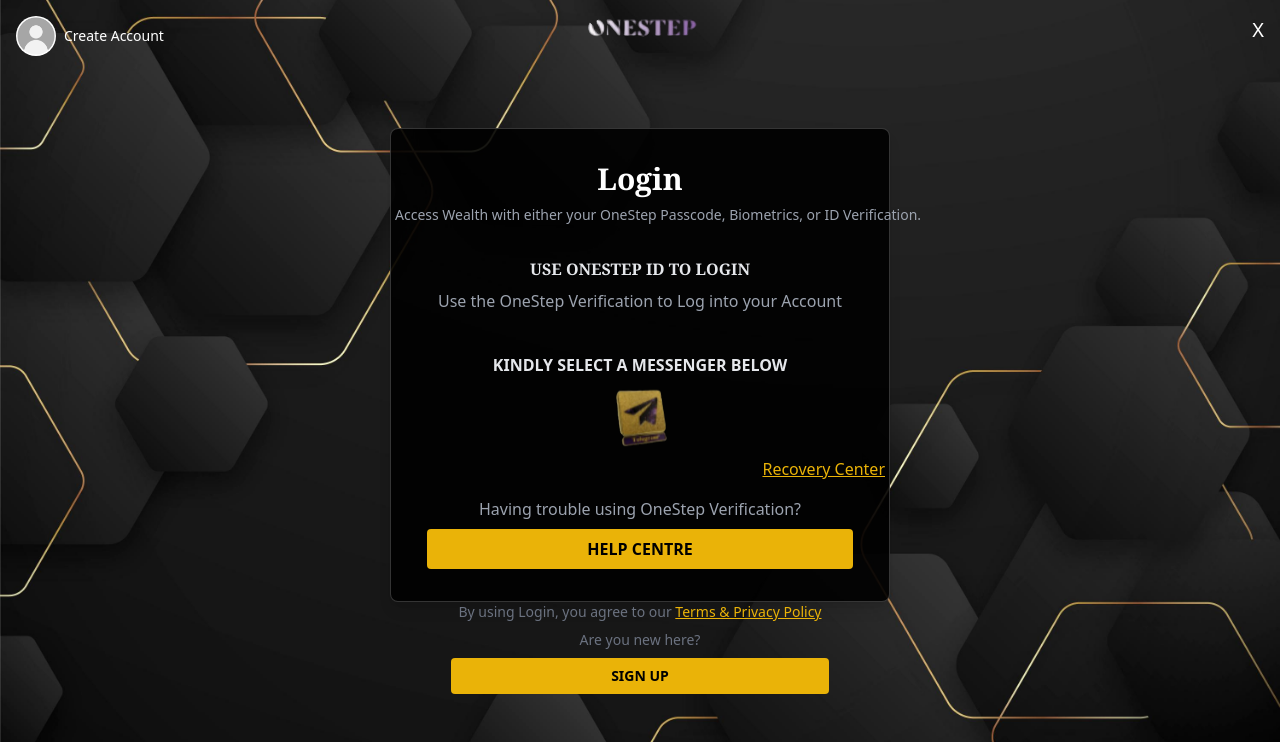
Repository: gloriousnetworker/onestep-authentication-system
Page: /
These files come from the project's save history. The page is drawn as it stood at one moment and after the next save; the edit follows.
The browser window is 1280 px wide. The pictures show the whole page.
The project was rebuilt for these pictures with package versions that can differ from the ones it lists, and the page was loaded fresh each time. Also part of the build but not shown: vite.config.js, src/pages/GrantAccess.jsx, src/pages/OTPVerificationPage.jsx, src/pages/AccountCreationPage.jsx, src/pages/PasswordPage.jsx, src/pages/BiometricsPage.jsx, src/pages/KYCPage.jsx, src/pages/DashboardPage.jsx.

Above is the page before, as saved 2025-01-16 02:34:05.

### src/App.jsx
import { BrowserRouter as Router, Routes, Route } from 'react-router-dom';
import LoginPage from './pages/LoginPage';
import GrantAccess from './pages/GrantAccess';
import OTPVerificationPage from './pages/OTPVerificationPage';
import AccountCreationPage from './pages/AccountCreationPage';
import PasswordPage from './pages/PasswordPage';
import BiometricsPage from './pages/BiometricsPage';
import KYCPage from './pages/KYCPage';
import DashboardPage from './pages/DashboardPage';

function App() {
  return (
    <Router>
      <Routes>
        <Route path="/" element={<LoginPage />} />
        <Route path="/grant-access" element={<GrantAccess />} />
        <Route path="/otp-verification" element={<OTPVerificationPage />} />
        <Route path="/account-creation" element={<AccountCreationPage />} />
        <Route path="/password" element={<PasswordPage />} />
        <Route path="/biometrics" element={<BiometricsPage />} />
        <Route path="/kyc" element={<KYCPage />} />
        <Route path="/dashboard" element={<DashboardPage />} />
      </Routes>
    </Router>
  );
}

export default App;

### src/pages/LoginPage.jsx
import React from "react";
import { useNavigate } from "react-router-dom";

const LoginPage = () => {
  const navigate = useNavigate();

  const generateOTP = () => {
    // Generate a 6-digit OTP
    const otp = Math.floor(100000 + Math.random() * 900000).toString();
    console.log("Generated OTP:", otp); // Log OTP to console
    localStorage.setItem("otp", otp); // Store OTP in local storage
    navigate("/grant-access"); // Navigate to the Grant Access page
  };

  return (
    <div className="relative bg-cover bg-center min-h-screen flex flex-col justify-between" style={{ backgroundImage: "url('/background.jpg')" }}>

      {/* Top Left: Create Account */}
      <div className="absolute top-4 left-4 flex items-center gap-2">
        <img src="/avatar.avif" alt="Profile" className="w-10 h-10 rounded-full object-cover" />
        <span className="text-white text-sm cursor-pointer">Create Account</span>
      </div>

      {/* Top Middle: Logo */}
      <div className="absolute top-4 left-1/2 transform -translate-x-1/2">
        <img src="/onestep.png" alt="Logo" className="w-25 h-6" />
      </div>

      {/* Top Right: Close Button */}
      <div className="absolute top-4 right-4 text-white cursor-pointer text-xl hover:text-gray-400">
        X
      </div>

      {/* Center Login Card */}
      <div className="bg-black bg-opacity-90 border border-white border-opacity-20 rounded-lg shadow-lg w-[95%] max-w-[500px] h-auto lg:h-[calc(95%+20px)] flex flex-col justify-between mt-32 mx-auto px-1 py-4">
        {/* Login Card Contents */}
        <h1 className="text-white text-3xl font-bold mb-2 mt-4 text-center font-serif">Login</h1>

        <p className="text-gray-400 text-sm mb-2 text-center whitespace-nowrap">
          Access Wealth with either your OneStep Passcode, Biometrics, or ID Verification.
        </p>

        <div className="text-center text-gray-200 font-semibold mb-2 mt-6 font-serif">
          USE ONESTEP ID TO LOGIN
        </div>

        <p className="text-center text-gray-400 mb-4">Use the OneStep Verification to Log into your Account</p>

        {/* Select Messenger Section */}
        <div className="flex flex-col justify-center items-center mb-4 mt-6 cursor-pointer">
          <div className="text-center text-gray-200 font-semibold mb-2">
            KINDLY SELECT A MESSENGER BELOW
          </div>

          {/* Telegram Image, triggers OTP generation on click */}
          <img
            src="/telelogo.png"
            alt="Telegram"
            className="w-16 h-16"
            onClick={generateOTP} // Trigger OTP generation on click
          />

          {/* Recovery Center Text */}
          <div className="flex justify-end w-full mt-2">
            <span className="text-yellow-500 underline">Recovery Center</span>
          </div>
        </div>

        {/* Help Center */}
        <div className="text-center text-gray-400 mb-4">
          <p className="mb-2">Having trouble using OneStep Verification?</p>
          <button className="bg-yellow-500 hover:bg-yellow-600 text-black font-semibold px-40 py-2 rounded">
            HELP CENTRE
          </button>
        </div>
      </div>

      {/* Footer Text */}
      <div className="text-center text-sm text-gray-500 mt-auto">
        <p className="mb-2">
          By using Login, you agree to our{" "}
          <span className="text-yellow-500 underline cursor-pointer">Terms & Privacy Policy</span>
        </p>
        <p className="mb-2">Are you new here?</p>
        <button className="bg-yellow-500 hover:bg-yellow-600 text-black font-semibold px-40 py-2 rounded w-full sm:w-auto mb-12">
          SIGN UP
        </button>
      </div>

    </div>
  );
};

export default LoginPage;

### tailwind.config.js
module.exports = {
  content: [
    "./index.html",
    "./src/**/*.{js,jsx,ts,tsx}",
  ],
  theme: {
    extend: {
      fontFamily: {
        'times': ['Times New Roman', 'serif'],
      },
    },
  },
  plugins: [],
};

Loaded but not shown: index.html (common file); src/main.jsx (common file); src/index.css (common file)

After the next save:
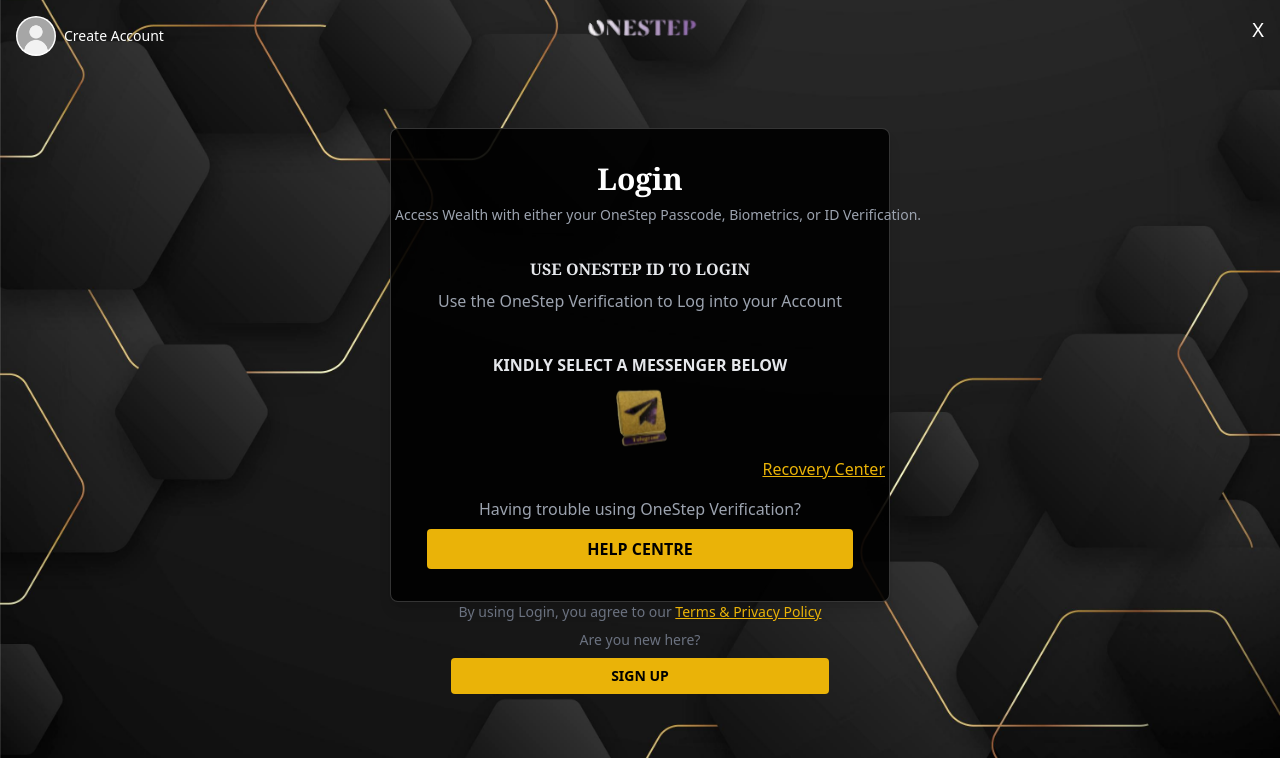
Saved 4 s later.
--- a/src/pages/LoginPage.jsx
+++ b/src/pages/LoginPage.jsx
@@ -82,7 +82,7 @@
           <span className="text-yellow-500 underline cursor-pointer">Terms & Privacy Policy</span>
         </p>
         <p className="mb-2">Are you new here?</p>
-        <button className="bg-yellow-500 hover:bg-yellow-600 text-black font-semibold px-40 py-2 rounded w-full sm:w-auto mb-12">
+        <button className="bg-yellow-500 hover:bg-yellow-600 text-black font-semibold px-40 py-2 rounded w-full sm:w-auto mb-16">
           SIGN UP
         </button>
       </div>
